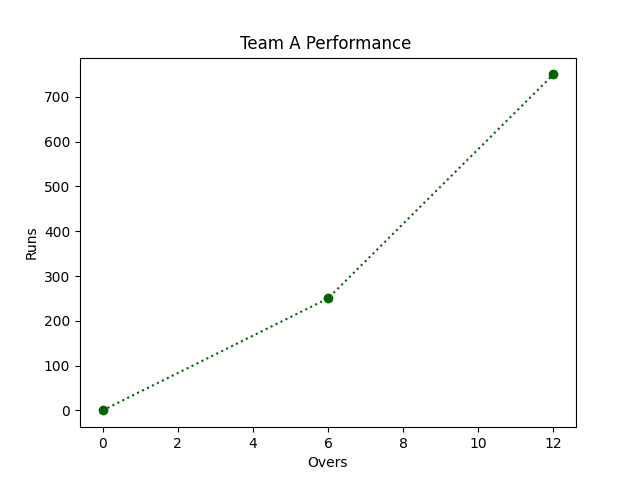
Repository: medenitunc/August-25-leanrning-Pyhton
Script's output: python Day02_05_Dv2.py
An editor plug-in stored every save of this project. The script's output is shown before and after the next save, followed by the edit.
Random numbers start from a fixed seed.

Above is the script's output before, as saved 2025-11-27 09:37:37.

After the next save:
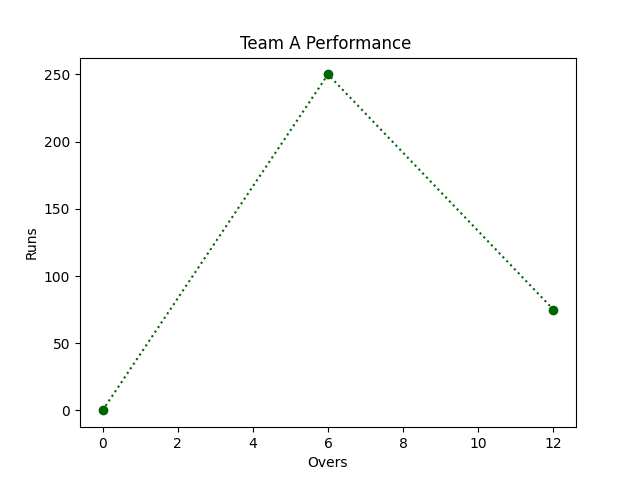
Saved 30 s later.
--- a/Day02_05_Dv2.py
+++ b/Day02_05_Dv2.py
@@ -5,9 +5,9 @@ import numpy as np
 # numpy - numerical python - library for numerical calculations
 
 xval = np.array([0,6,12])
-yval = np.array([0,250, 750])
+yval = np.array([0,250, 75])
 
-plt.plot(xval, yval, color='darkgreen', marker='o', linestyle='dotted', label='Sales Data')
+plt.plot(xval, yval, color='darkgreen', marker='o', linestyle='dotted')
 plt.xlabel('Overs')
 plt.ylabel('Runs')
 plt.title('Team A Performance ')
